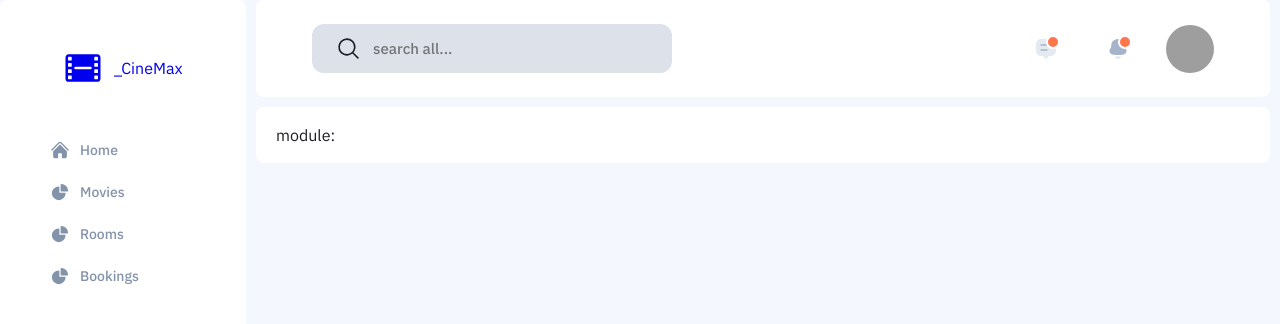
Repository: tdthinhtran961/DoAnCineMax
Page: http://localhost/admin/index.php?act=movies
The author's editor kept a copy of each file at every save. The page is drawn from the files as they stood at one save, then again after a run of saves.
The browser window is 1280 px wide. The pictures show the whole page.
Pictures or frames that could not be fetched are drawn as grey boxes. The page is run by PHP 8.4 with error messages shown; the project is at /var/www/html/.

Above is the page before, as saved 2023-05-26 20:45:51.

### admin/index.php
<!DOCTYPE html>
<html lang="en">
<head>
    <meta charset="UTF-8">
    <meta http-equiv="X-UA-Compatible" content="IE=edge">
    <meta name="viewport" content="width=device-width, initial-scale=1.0">
    <title>Admin CineMax</title>

    <link rel="stylesheet" href="./index.css">

    <link rel="preconnect" href="https://fonts.googleapis.com">
    <link rel="preconnect" href="https://fonts.gstatic.com" crossorigin>
    <link href="https://fonts.googleapis.com/css2?family=IBM+Plex+Sans:wght@400;500;600;700&display=swap" rel="stylesheet">
</head>
<body>
    <div class="wrapper">
        <?php include "./view/layout/sidebar.php" ?>
        <main class="main">
            <?php include "./view/layout/topbar.php" ?>
            <div class="main-container">
                <h1>module:</h1>
                <?php

                ?>
            </div>
        </main>
    </div>
</body>
</html>

### admin/view/layout/sidebar.php
<aside class="sidebar">
    <a href="#" class="logo">
        <svg xmlns="http://www.w3.org/2000/svg" viewBox="0 0 24 24" fill="currentColor" class="w-6 h-6 logo-icon">
            <path fill-rule="evenodd" d="M1.5 5.625c0-1.036.84-1.875 1.875-1.875h17.25c1.035 0 1.875.84 1.875 1.875v12.75c0 1.035-.84 1.875-1.875 1.875H3.375A1.875 1.875 0 011.5 18.375V5.625zm1.5 0v1.5c0 .207.168.375.375.375h1.5a.375.375 0 00.375-.375v-1.5a.375.375 0 00-.375-.375h-1.5A.375.375 0 003 5.625zm16.125-.375a.375.375 0 00-.375.375v1.5c0 .207.168.375.375.375h1.5A.375.375 0 0021 7.125v-1.5a.375.375 0 00-.375-.375h-1.5zM21 9.375A.375.375 0 0020.625 9h-1.5a.375.375 0 00-.375.375v1.5c0 .207.168.375.375.375h1.5a.375.375 0 00.375-.375v-1.5zm0 3.75a.375.375 0 00-.375-.375h-1.5a.375.375 0 00-.375.375v1.5c0 .207.168.375.375.375h1.5a.375.375 0 00.375-.375v-1.5zm0 3.75a.375.375 0 00-.375-.375h-1.5a.375.375 0 00-.375.375v1.5c0 .207.168.375.375.375h1.5a.375.375 0 00.375-.375v-1.5zM4.875 18.75a.375.375 0 00.375-.375v-1.5a.375.375 0 00-.375-.375h-1.5a.375.375 0 00-.375.375v1.5c0 .207.168.375.375.375h1.5zM3.375 15h1.5a.375.375 0 00.375-.375v-1.5a.375.375 0 00-.375-.375h-1.5a.375.375 0 00-.375.375v1.5c0 .207.168.375.375.375zm0-3.75h1.5a.375.375 0 00.375-.375v-1.5A.375.375 0 004.875 9h-1.5A.375.375 0 003 9.375v1.5c0 .207.168.375.375.375zm4.125 0a.75.75 0 000 1.5h9a.75.75 0 000-1.5h-9z" clip-rule="evenodd" />
        </svg>
        _CineMax
    </a>
    <ul class="menu">
        <li class="menu-item">
            <a href="index.php" class="menu-link">
                <svg xmlns="http://www.w3.org/2000/svg" viewBox="0 0 24 24" fill="currentColor" class="w-6 h-6 menu-icon">
                    <path d="M11.47 3.84a.75.75 0 011.06 0l8.69 8.69a.75.75 0 101.06-1.06l-8.689-8.69a2.25 2.25 0 00-3.182 0l-8.69 8.69a.75.75 0 001.061 1.06l8.69-8.69z" />
                    <path d="M12 5.432l8.159 8.159c.03.03.06.058.091.086v6.198c0 1.035-.84 1.875-1.875 1.875H15a.75.75 0 01-.75-.75v-4.5a.75.75 0 00-.75-.75h-3a.75.75 0 00-.75.75V21a.75.75 0 01-.75.75H5.625a1.875 1.875 0 01-1.875-1.875v-6.198a2.29 2.29 0 00.091-.086L12 5.43z" />
                </svg>
                <span class="menu-text">Home</span>
            </a>
        </li>
        <li class="menu-item">
            <a href="index.php?act=movies" class="menu-link">
                <svg xmlns="http://www.w3.org/2000/svg" viewBox="0 0 24 24" fill="currentColor" class="w-6 h-6 menu-icon">
                    <path fill-rule="evenodd" d="M2.25 13.5a8.25 8.25 0 018.25-8.25.75.75 0 01.75.75v6.75H18a.75.75 0 01.75.75 8.25 8.25 0 01-16.5 0z" clip-rule="evenodd" />
                    <path fill-rule="evenodd" d="M12.75 3a.75.75 0 01.75-.75 8.25 8.25 0 018.25 8.25.75.75 0 01-.75.75h-7.5a.75.75 0 01-.75-.75V3z" clip-rule="evenodd" />
                </svg>
                    <span class="menu-text">Movies</span>
            </a>
        </li>
        <li class="menu-item">
            <a href="index.php?act=rooms" class="menu-link">
                <svg xmlns="http://www.w3.org/2000/svg" viewBox="0 0 24 24" fill="currentColor" class="w-6 h-6 menu-icon">
                    <path fill-rule="evenodd" d="M2.25 13.5a8.25 8.25 0 018.25-8.25.75.75 0 01.75.75v6.75H18a.75.75 0 01.75.75 8.25 8.25 0 01-16.5 0z" clip-rule="evenodd" />
                    <path fill-rule="evenodd" d="M12.75 3a.75.75 0 01.75-.75 8.25 8.25 0 018.25 8.25.75.75 0 01-.75.75h-7.5a.75.75 0 01-.75-.75V3z" clip-rule="evenodd" />
                </svg>
                <span class="menu-text">Rooms</span>
            </a>
        </li>
        <li class="menu-item">
            <a href="index.php?act=bookings" class="menu-link">
            <svg xmlns="http://www.w3.org/2000/svg" viewBox="0 0 24 24" fill="currentColor" class="w-6 h-6 menu-icon">
                <path fill-rule="evenodd" d="M2.25 13.5a8.25 8.25 0 018.25-8.25.75.75 0 01.75.75v6.75H18a.75.75 0 01.75.75 8.25 8.25 0 01-16.5 0z" clip-rule="evenodd" />
                <path fill-rule="evenodd" d="M12.75 3a.75.75 0 01.75-.75 8.25 8.25 0 018.25 8.25.75.75 0 01-.75.75h-7.5a.75.75 0 01-.75-.75V3z" clip-rule="evenodd" />
            </svg>
                <span class="menu-text">Bookings</span>
            </a>
        </li>
    </ul>
</aside>

### admin/view/layout/topbar.php
<div class="topbar">
    <div class="search">
        <svg xmlns="http://www.w3.org/2000/svg" viewBox="0 0 24 24" fill="currentColor" class="w-6 h-6 search-icon">
            <path fill-rule="evenodd" d="M10.5 3.75a6.75 6.75 0 100 13.5 6.75 6.75 0 000-13.5zM2.25 10.5a8.25 8.25 0 1114.59 5.28l4.69 4.69a.75.75 0 11-1.06 1.06l-4.69-4.69A8.25 8.25 0 012.25 10.5z" clip-rule="evenodd" />
        </svg>
        <input type="text" class="search-input" placeholder="search all...">
    </div>
    <div class="topbar-right">
        <svg class="icon-message topbar-action" width="48" height="48" viewBox="0 0 48 48" fill="none" xmlns="http://www.w3.org/2000/svg">
            <path d="M14 24.97V18.99C14 16.23 16.24 14 19 14H29C31.76 14 34 16.23 34 18.99V25.97C34 28.72 31.76 30.95 29 30.95H27.5C27.19 30.95 26.89 31.1 26.7 31.35L25.2 33.34C24.54 34.22 23.46 34.22 22.8 33.34L21.3 31.35C21.14 31.13 20.78 30.95 20.5 30.95H19C16.24 30.95 14 28.72 14 25.97V24.97Z" fill="#E5EAF1"/>
            <path d="M29 20.75H19C18.59 20.75 18.25 20.41 18.25 20C18.25 19.59 18.59 19.25 19 19.25H29C29.41 19.25 29.75 19.59 29.75 20C29.75 20.41 29.41 20.75 29 20.75Z" fill="#A5B4CB"/>
            <path d="M25 25.75H19C18.59 25.75 18.25 25.41 18.25 25C18.25 24.59 18.59 24.25 19 24.25H25C25.41 24.25 25.75 24.59 25.75 25C25.75 25.41 25.41 25.75 25 25.75Z" fill="#A5B4CB"/>
            <rect x="25" y="11" width="12" height="12" rx="6" fill="#FF754C"/>
            <rect x="25" y="11" width="12" height="12" rx="6" stroke="white" stroke-width="2"/>
        </svg>
        <svg class="icon-noti topbar-action" width="48" height="48" viewBox="0 0 48 48" fill="none" xmlns="http://www.w3.org/2000/svg">
            <path d="M31.7695 23.6453C31.039 22.7923 30.7071 22.0531 30.7071 20.7972V20.3701C30.7071 18.7335 30.3304 17.6791 29.5115 16.6246C28.2493 14.987 26.1244 14 24.0442 14H23.9558C21.9194 14 19.8611 14.9417 18.577 16.5128C17.7133 17.5884 17.2929 18.6882 17.2929 20.3701V20.7972C17.2929 22.0531 16.9828 22.7923 16.2305 23.6453C15.6769 24.2738 15.5 25.0815 15.5 25.9557C15.5 26.8309 15.7872 27.6598 16.3637 28.3336C17.116 29.1413 18.1785 29.6569 19.2638 29.7466C20.835 29.9258 22.4063 29.9933 24.0005 29.9933C25.5937 29.9933 27.165 29.8805 28.7372 29.7466C29.8215 29.6569 30.884 29.1413 31.6363 28.3336C32.2118 27.6598 32.5 26.8309 32.5 25.9557C32.5 25.0815 32.3231 24.2738 31.7695 23.6453Z" fill="#A5B4CB"/>
            <path d="M26.0087 31.2283C25.5088 31.1215 22.4626 31.1215 21.9627 31.2283C21.5353 31.327 21.0732 31.5566 21.0732 32.0602C21.098 32.5406 21.3793 32.9646 21.7689 33.2335L21.7679 33.2345C22.2718 33.6273 22.8631 33.877 23.4823 33.9667C23.8123 34.012 24.1482 34.01 24.4901 33.9667C25.1083 33.877 25.6996 33.6273 26.2035 33.2345L26.2025 33.2335C26.5921 32.9646 26.8734 32.5406 26.8982 32.0602C26.8982 31.5566 26.4361 31.327 26.0087 31.2283Z" fill="#E5EAF1"/>
            <rect x="25" y="11" width="12" height="12" rx="6" fill="#FF754C"/>
            <rect x="25" y="11" width="12" height="12" rx="6" stroke="white" stroke-width="2"/>
        </svg>
        <div class="profile">
            <img class="" src="https://images.unsplash.com/photo-1600486913747-55e5470d6f40?ixlib=rb-4.0.3&ixid=M3wxMjA3fDB8MHxzZWFyY2h8MTd8fG1hbnxlbnwwfHwwfHx8MA%3D%3D&auto=format&fit=crop&w=800&q=60" alt="">
        </div>
    </div>
</div>

### admin/index.css
/* start css reset */
*,
*:before,
*:after {
  box-sizing: border-box;
}
* {
  margin: 0;
  padding: 0;
  font: inherit;
}
img,
picture,
svg,
video {
  display: block;
  max-width: 100%;
}
input,
select,
textarea {
  background-color: transparent;
  outline: none;
}
button {
  cursor: pointer;
  background-color: transparent;
  outline: none;
  border: 0;
}
body {
  min-height: 100vh;
  font-weight: 400;
  font-size: 16px;
  line-height: 1;
}
a {
  text-decoration: none;
}
ul, ol {
  list-style-type: none;
}
/* end css reset */
body {
  font-family: "IBM Plex Sans", sans-serif;
  color: hsl(220, 10%, 12%);
  text-rendering: optimizeLegibility;
  -webkit-font-smoothing: antialiased;
  -moz-osx-font-smoothing: grayscale;
}
.wrapper {
  max-width: 1440px;
  margin: 0 auto;
  background-color: #F5F7FF;
  display: grid;
  grid-template-columns: 256px minmax(0, 1fr);
  min-height: 100vh;
}

/* start sidebar */
.sidebar {
  background-color: white;
  padding: 48px 30px;
  margin-right: 10px;
  border-radius: 8px;
  height: auto;
}
.logo {
  display: flex;
  align-items: center;
  justify-content: center;
  gap: 10px;
  margin-bottom: 44px;
}
.logo-icon {
  width: 40px;
  height: 40px;
}
.menu {
  display: flex;
  flex-direction: column;
  gap: 6px;
}
.menu-icon {
  width: 20px;
  height: 20px;
}
.menu-link {
  display: flex;
  align-items: center;
  gap: 10px;
  color: hsl(215, 19%, 59%);
  font-size: 14px;
  line-height: 143%;
  font-weight: 500;
  padding: 8px 30px 8px 20px;
  border-radius: 12px;
}
.menu-link:hover {
  background: linear-gradient(92.29deg, #415EF4 0.33%, #7141EF 28.14%);
  color: white;
}
/* end css sidebar */
/* start css topbar */
.topbar {
  padding: 24px 56px;
  background-color: white;
  display:flex;
  justify-content: space-between;
  align-items: center;
  margin: 0 10px 10px 0;
  border-radius: 8px;
}
.search {
  padding: 12px 24px;
  border-radius: 12px;
  display: flex;
  align-items: center;
  gap: 12px;
  background-color: hsl(217, 24%, 89%);
  flex: 0 1 360px;
}
.search-icon {
  width: 25px;
  height: 25px;
}
.search-input {
  background-color: transparent;
  border: none;
  font-weight: 500;
  font-size: 15px;
  color: hsl(248, 57%, 60%);
  caret-color: hsl(248, 57%, 60%);
  flex: 1;
}
.topbar-right {
  display: flex;
  align-items: center;
  gap: 24px;
  flex-shrink: 0;
}
.topbar-action{
  flex-shrink: 0;
}
.profile {
  width: 48px;
  height: 48px;
  flex-shrink: 0;
}
.profile img {
  border-radius: 100rem;
  width: 100%;
  height: 100%;
  object-fit: cover;
  flex-shrink: 0;
}
/* end css topbar */
/* star css main-container */
.main-container {
  background-color: white;
  border-radius: 8px;
  padding: 20px;
  margin-right: 10px;
}

After the next 4 saves:
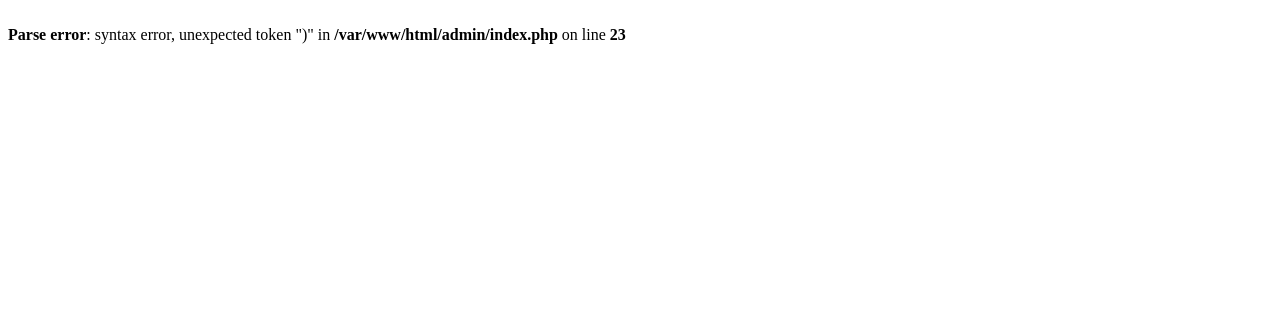
The 4 saves are shown as one change because they came seconds apart.
The last was saved 13 s later.
--- a/admin/index.php
+++ b/admin/index.php
@@ -20,7 +20,7 @@
             <div class="main-container">
                 <h1>module:</h1>
                 <?php
-
+                    if (isset())
                 ?>
             </div>
         </main>

After the save that followed:
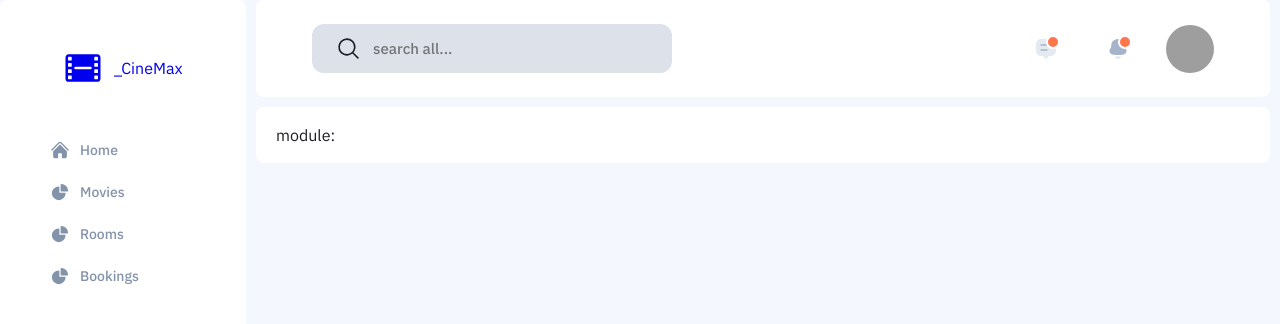
Saved 5 s later.
--- a/admin/index.php
+++ b/admin/index.php
@@ -20,7 +20,7 @@
             <div class="main-container">
                 <h1>module:</h1>
                 <?php
-                    if (isset())
+                    if (isset($GET))
                 ?>
             </div>
         </main>
